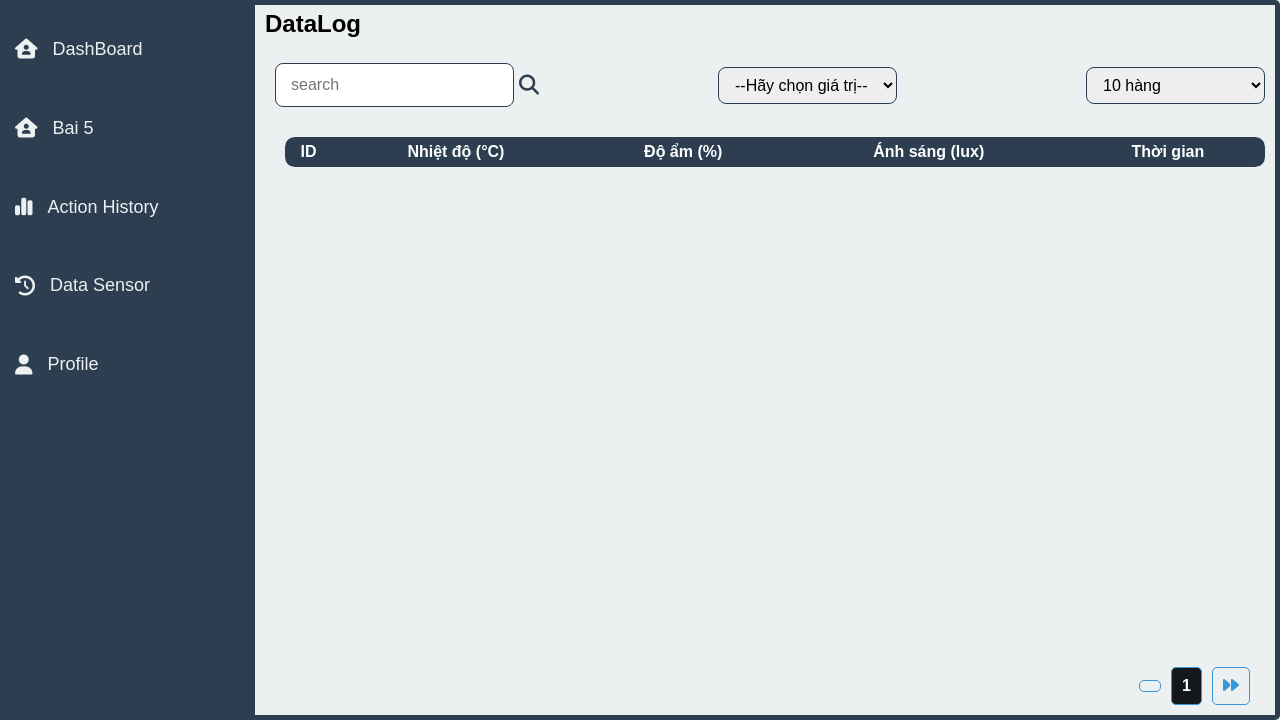
Repository: duongnoob23/duyyyy
Page: /datalogs (app in iot/)
An editor plug-in stored every save of this project. The page is shown before and after the next save, followed by the edit.
The browser window is 1280 px wide. The pictures show the whole page.
The page's requests for data from a server got no answer. Some web libraries are served in a nearby version. The project was rebuilt for these pictures with package versions that can differ from the ones it lists, and the page was loaded fresh each time. No one was signed in, and anything a server would have sent is missing. Also part of the build but not shown: iot/src/App.css, iot/src/Pages/Home/Home.css, iot/src/Components/Doughnut/GaugeChart.js, iot/src/Components/LineChart/LineChartECharts.js, iot/src/Pages/Home/Home.js, iot/src/Pages/Profile/Profile.css, iot/src/Pages/Profile/Profile.js, iot/src/Pages/Action/Action.js and 3 more.

Above is the page before, as saved 2024-12-03 00:04:26.

### iot/public/index.html
<!DOCTYPE html>
<html lang="en">
  <head>
    <meta charset="utf-8" />
    <link rel="icon" href="%PUBLIC_URL%/favicon.ico" />
    <meta name="viewport" content="width=device-width, initial-scale=1" />
    <meta name="theme-color" content="#000000" />
    <meta
      name="description"
      content="Web site created using create-react-app"
    />
    <link rel="apple-touch-icon" href="%PUBLIC_URL%/logo192.png" />
    <!--
      manifest.json provides metadata used when your web app is installed on a
      user's mobile device or desktop. See https://developers.google.com/web/fundamentals/web-app-manifest/
    -->
    <link rel="manifest" href="%PUBLIC_URL%/manifest.json" />
    <!--
      Notice the use of %PUBLIC_URL% in the tags above.
      It will be replaced with the URL of the `public` folder during the build.
      Only files inside the `public` folder can be referenced from the HTML.

      Unlike "/favicon.ico" or "favicon.ico", "%PUBLIC_URL%/favicon.ico" will
      work correctly both with client-side routing and a non-root public URL.
      Learn how to configure a non-root public URL by running `npm run build`.
    -->
    <link rel="stylesheet" href="https://cdnjs.cloudflare.com/ajax/libs/font-awesome/6.6.0/css/all.min.css" integrity="sha512-Kc323vGBEqzTmouAECnVceyQqyqdsSiqLQISBL29aUW4U/M7pSPA/gEUZQqv1cwx4OnYxTxve5UMg5GT6L4JJg==" crossorigin="anonymous" referrerpolicy="no-referrer" />
    <title>React App</title>
    <script src="https://code.highcharts.com/highcharts.js"></script>
  </head>
  <body>
    <noscript>You need to enable JavaScript to run this app.</noscript>
    <div id="root"></div>
    <!--
      This HTML file is a template.
      If you open it directly in the browser, you will see an empty page.

      You can add webfonts, meta tags, or analytics to this file.
      The build step will place the bundled scripts into the <body> tag.

      To begin the development, run `npm start` or `yarn start`.
      To create a production bundle, use `npm run build` or `yarn build`.
    -->
  </body>
</html>

### iot/src/index.js
import React from 'react';
import { DatePicker } from 'antd';
import ReactDOM from 'react-dom/client';
import './index.css';
import App from './App';
import reportWebVitals from './reportWebVitals';
import { BrowserRouter } from 'react-router-dom';


const root = ReactDOM.createRoot(document.getElementById('root'));
root.render(
  // <React.StrictMode>
  <BrowserRouter>
    <App />
  </BrowserRouter>

  // </React.StrictMode>
);


reportWebVitals();

### iot/src/index.css
body {
  margin: 0;
  font-family: -apple-system, BlinkMacSystemFont, 'Segoe UI', 'Roboto', 'Oxygen',
    'Ubuntu', 'Cantarell', 'Fira Sans', 'Droid Sans', 'Helvetica Neue',
    sans-serif;
  -webkit-font-smoothing: antialiased;
  -moz-osx-font-smoothing: grayscale;
}

code {
  font-family: source-code-pro, Menlo, Monaco, Consolas, 'Courier New',
    monospace;
}

*{
  box-sizing: border-box;
  font-family: Arial, Helvetica, sans-serif;
}

html{
  font-size: 62.5%;
}

ul,li{
  list-style-type: none;
  margin: 0;
  padding:0;
}
a{
  text-decoration: none;
}

body{
  margin: 0;
  padding: 0;

}

### iot/src/App.js
// import logo from './logo.svg';
import './App.css';
import Layout from './Components/Layout/Layout';
import { Routes,Route} from 'react-router-dom';
import Home from './Pages/Home/Home';
import DataLogs from './Pages/DataLogs/DataLogs';
import Profile from './Pages/Profile/Profile';
import Action from './Pages/Action/Action';
import Bai5 from './Pages/Bai5/Bai5';
function App() {
  return (
    <>

      <Routes>
          <Route path="/" element = {<Layout/>}>
            <Route path='home' element={<Home/>}/>
            <Route path='bai5' element={<Bai5 />}/>
            <Route path='datalogs' element={<DataLogs/>}/>
            <Route path='profile' element={<Profile/>}/>
            <Route path='action' element={<Action/>}/>
          </Route>
      </Routes>
    </>
  );
}

export default App;

### iot/src/Components/Layout/Layout.js
import './Layout.css'
import { Link, Outlet, } from "react-router-dom";
// import { useState } from "react";

function Layout(){

    return (
        <>

        <div className="dashBoard">
        <div className="sideBar">
            <ul className="sideBar-list">
                <li className="sideBar-item">
                    {/* <a  href="#" className="sideBar-icon">
                        <i className="fa-solid fa-house-user">
                        </i>
                        <span className='sideBar-text'>DashBoard</span>
                    </a> */}
                    <Link className='sideBar-icon' to={"/home"}>
                        <i className="fa-solid fa-house-user">
                        </i>
                        <span className='sideBar-text'>DashBoard</span>
                    </Link>
                </li>
                <li className="sideBar-item">
                    <Link className='sideBar-icon' to={"/bai5"}>
                        <i className="fa-solid fa-house-user">
                        </i>
                        <span className='sideBar-text'>Bai 5</span>
                    </Link>
                </li>
                <li className="sideBar-item">
                <Link  className="sideBar-icon" to={"/action"}>
                    <i className="fa-solid fa-chart-simple"></i>
                        <span className='sideBar-text'>Action History</span>
                    </Link>
                </li>
                <li className="sideBar-item">
                    <Link className="sideBar-icon" to={"/datalogs"} >
                    <i className="fa-solid fa-clock-rotate-left"></i>
                        <span className='sideBar-text'> Data Sensor</span>
                    </Link>
                </li>
                <li className="sideBar-item">

                    <Link className="sideBar-icon" to={"/profile"}>
                        <i className="fa-solid fa-user"></i>
                        <span className='sideBar-text'>Profile</span>
                    </Link>
                </li>
            </ul>
        </div>
        <div className="sideMain">
            <Outlet/>
        </div>
    </div>
        </>
    )
}

export default Layout;

### iot/src/Pages/DataLogs/DataLogs.js
import './DataLogs.css';
import { useState,useEffect,useRef } from 'react';
import { URL } from '../../Components/Helper/URL';

function DataLogs(){


    // const [dataLog,setDataLog] = useState([]);
    const [data,setData] = useState([]);      // data in ra trong bảng
    const [selectKey,setSelectKey] = useState('');      // giá trị người dùng chọn
    const [selectInput,setSelectInput] = useState("");  // giá trị của ô input
    const [selectRow,setSelectRow] = useState(10);
    const [totalPage,setTotalPage] = useState(0);
    console.log(data);
    const inputRef = useRef(null);                      // input nhập giá trị
    const [params,setParams] = useState({
        searchKey:"",
        searchValue:"",
        page:1,
        limit:10,
        sortKey:"",
        sortValue:"",
    })
    const [api,setApi] = useState(URL+`/function?searchKey=${params.searchKey}&searchValue=${params.searchValue}&page=${params.page}&limit=${params.limit}`);


    const fetchApi = (link) =>{
        fetch(link)
        .then(res => res.json())
        .then(data => {
            // console.log(data);
            setData(data.results);
            // setDataBackUp(data.results);
            data.totalPages && setTotalPage(data.totalPages);
        });
    }
// ?page=${params.page}&limit=${params.limit}
    useEffect(()=>{
        fetchApi(api);
    },[]);

    // const interval = setInterval( () =>{
    // }, 1000);
    // return () => clearInterval(interval);
// mình đang muốn là 1 đường dẫn sử dụng chung cho toàn bộ các yêu cầu

    const handleChangeSelectKey = (e) =>{
        console.log(e.target.value);
        setSelectKey(e.target.value); // lưu lựa chọn đơn vị
    }
    const handleChangeSelectInput = (e) =>{
        console.log(e.target.value);

        setSelectInput(e.target.value) // lưu giá trị ô input search vào
    }
    const handleChangeSelectRow = (e)=>{
        console.log(e.target.value);
        setSelectRow(e.target.value);
        setParams({
            ...params,
            limit:e.target.value,
        });
    }
    const handleNextPage = (e) =>{
        setParams({
            ...params,
            page:params.page + 1,
        });
    }
    const handlePrePage = (e) =>{
        setParams({
            ...params,
            page:params.page - 1,
        });
    }
    const handleClickSearch =(e) =>{
        // console.log("click");
        if(!selectKey || !selectInput){
            setParams({
                ...params,
                searchKey:"",
                searchValue:"",
                page:1,
                limit:10,
                sortKey:"",
                sortValue:"",
                startTime:"",
                endTime:"",
            });

        }
        // console.log("search");
        if(selectKey !== ""){
            setParams({
                ...params,
                searchKey:selectKey,
                searchValue:selectInput,
                page:1,
            });
            inputRef.current.value="";
            inputRef.current.focus();
            setSelectInput("");
            setSelectKey("");
            // console.log("1");
        }

        // if(selectKey === "time"){
        //     // console.log("1");
        //     setParams({
        //         ...params,
        //         startTime:start,
        //         endTime:end,
        //         page:1,
        //     });
        //     setSelectInput("");
        //     setSelectKey("");
        //     inputRef1.current.value="";
        //     inputRef2.current.value="";
        // }
    }

    const handleClickSort = (sortKey) =>{
       let sortValue = 'asc';

        if(params.sortKey === sortKey && params.sortValue==='asc'){
            sortValue='desc';
        }else if(params.sortKey === sortKey && params.sortValue ==='desc'){
            sortValue="";
            sortKey="";
        }


       setParams({
        ...params,
        sortKey:sortKey,
        sortValue:sortValue,
        page:1,
        });


    }

    useEffect(() => {
        // console.log(params);
        // console.log("3");
        if ( (params.searchKey && params.searchValue) || params.limit || params.page || params.sortValue || (params.startTime && params.endTime)) {
            // console.log("4");
            // console.log(params.searchKey);
            // console.log(params.searchValue);
            console.log(api);
            fetch(api)
            .then(res => res.json())
            .then(data1 => {
                if(data1){
                    console.log(data1);
                    setData(data1.results);
                    setTotalPage(data1.totalPages);
                }
            });
        }

    },[api]);


    useEffect(()=>{
        // console.log("2");
        setApi(URL+`/function?searchKey=${params.searchKey}&searchValue=${params.searchValue}&page=${params.page}&limit=${params.limit}&sortKey=${params.sortKey}&sortValue=${params.sortValue}`);
    },[params]);
// &sortKey=${params.sortKey}&sortValue=${params.sortValue}

    return(
        <>
            <div className='action'>
                <h2 className="action-title" >
                   DataLog
                </h2>
                <div className="option">
                    <div className="search">
                        <input ref={inputRef} type="text" placeholder="search" className="search__input" onChange={handleChangeSelectInput}></input>
                        <i class="fa-solid fa-magnifying-glass search__icon" onClick={handleClickSearch} ></i>
                    </div>
                    <div className="select">
                        <select value ={selectKey} className="select__list" onChange={handleChangeSelectKey} >
                            <option  className="select__option1" value={'temperature'}>Temperature</option>
                            <option  className="select__option2" value={'humidity'}>Humidity</option>
                            <option className="select__option3" value={'light'}>Light</option>
                            <option className="select__option4" value={'time'}>Time</option>

                            <option className="select__option6" value="" hidden>--Hãy chọn giá trị--</option>
                        </select>
                    </div>
                    <div className="select2">
                        <select value ={selectRow} className="select__list" onChange={handleChangeSelectRow}  >
                            <option  className="select2__option1" value={10}>10 hàng</option>
                            <option  className="select2__option2" value={20}>20 hàng</option>
                            <option className="select2__option3" value={30}>30 hàng</option>
                            <option className="select2__option4" value="" hidden>--Hãy chọn giá trị--</option>
                        </select>
                    </div>
                </div>

                <div className='table__container'>
                    <table className="table">
                        <thead className = "table__head">
                            <tr className="table-row__head">
                                <th classname="table__id table-row__item" onClick={() => handleClickSort("id")}>ID</th>
                                <th className="table__temperature table-row__item" onClick={() => handleClickSort("temperature")}>Nhiệt độ (°C)</th>
                                <th className="table__humidity table-row__item" onClick={() => handleClickSort("humidity")}>Độ ẩm (%)</th>
                                <th className="table__light table-row__item" onClick={() => handleClickSort("light")}>Ánh sáng (lux)</th>
                                {/* <th className="table__time table-row__item" onClick={() => handleClickSort("windspeed")}>Tốc độ gió</th> */}
                                <th className="table__time table-row__item" onClick={() => handleClickSort("time")}>Thời gian</th>
                            </tr>
                        </thead>
                        <tbody className="table__body">
                            {data && data.map((item) => (
                                <tr className="table-row__body" key={item._id}>
                                    <td>{item.stt}</td>
                                    <td>{item.temperature}</td>
                                    <td>{item.humidity}</td>
                                    <td>{item.light}</td>
                                    {/* <td>{item.windspeed}</td> */}
                                    <td>{item.time}</td>
                                </tr>

                            ))}
                        </tbody>
                    </table>
                </div>

                <div className='pagination'>
                    <ul className='pagi__list'>
                        <li className='pagi__pre pagi__item' onClick={handlePrePage}>
                        {totalPage === 1 ? "" :
                            <>
                                { params.page === 1 ? "" :
                                <>
                                <i class="fa-solid fa-backward"></i>
                                </>
                                }
                            </>
                            }
                        </li>
                        <li className='pagi__cur pagi__item'>{params.page}</li>
                        <li className='pagi__next pagi__item' onClick={handleNextPage}>
                            {totalPage === 1  ? "" :
                            <>
                                { params.page === totalPage ? "" :
                                <>
                                <i class="fa-solid fa-forward"></i>
                                </>
                                }
                            </>
                            }

                        </li>
                    </ul>
                </div>
            </div>
        </>
    )
};

export default DataLogs;

### iot/src/Components/Layout/Layout.css


/* Reset default padding and margins */
* {
    margin: 0;
    padding: 0;
    box-sizing: border-box;
}

/* DashBoard container */
.dashBoard {
    display: flex;
    height : 100vh;
    font-family: 'Roboto', sans-serif;
}

/* SideBar styling */
.sideBar {
    width: 250px;
    background-color: #2c3e50;
    padding: 20px 0;
    position: fixed;
    height: 100%;
    transition: all 0.3s ease;
}

.sideBar-list {
    list-style: none;
    padding-left: 0;
}

.sideBar-item {
    margin-bottom: 20px;
}

.sideBar-icon {
    display: flex;
    align-items: center;
    padding: 15px;
    color: #ecf0f1;
    text-decoration: none;
    transition: background 0.3s ease, color 0.3s ease;
}

.sideBar-icon i {
    margin-right: 15px;
    font-size: 20px;
}

/* Hover effect for sidebar items */
.sideBar-icon:hover {
    background-color: #34495e;
    color: #1abc9c;
    cursor: pointer;
    padding-left: 25px; /* Add a slide effect */
    transition: all 0.3s ease;
}

.sideBar-text {
    font-size: 18px;
}

/* Active link effect */
.sideBar-icon.active {
    background-color: #1abc9c;
    color: #fff;
    border-radius: 8px;
    transition: all 0.3s ease;
}

/* SideMain styling */
.sideMain {
    margin-left: 250px;
    background-color: #ecf0f1;
    flex-grow: 1;
}

/* Responsive Design */
@media screen and (max-width: 768px) {
    .sideBar {
        width: 200px;
    }

    .sideBar-icon {
        padding: 10px;
    }

    .sideMain {
        margin-left: 200px;
        padding: 20px;
    }
}

@media screen and (max-width: 576px) {
    .sideBar {
        width: 60px;
    }

    .sideBar-icon i {
        margin-right: 0;
        text-align: center;
        flex: 1;
    }

    .sideBar-text {
        display: none;
    }

    .sideMain {
        margin-left: 60px;
        padding: 10px;
    }
}

### iot/src/Components/Helper/URL.js
export const URL = "http://localhost:3001";

### iot/src/Pages/DataLogs/DataLogs.css
*{
    box-sizing: border-box;
}
.table {
    width: 90%;
    border-collapse: collapse;
    margin: 10px;
    border-radius:10px;
    overflow: hidden;
}

.data{
    border:5px solid #2c3e50;
    border-radius: 0 5px 5px 0;
    height: 100%;
}

.table__body{
    border-radius: 10px;
    border: 2px solid #2c3e50;
}

.table__head{
    border: 2px solid #2c3e50;
}
th, td {
    padding: 5px;
    text-align: center;
    border-bottom: 1px solid #ddd;
}
th {
    background-color: #2c3e50;
    color: white;
}

.table-row__body{
    transition: all 0.1s linear;

}
.table-row__body:nth-child(even){
    background-color: #eee;

}
.table-row__body:hover{
    background-color: #2c3e50;
    color: #F4C427;

}

.table-row__body:active{
    background-color: #2c3e50;
    color: #F4C427;
}
.data__title{
    margin-left: 10px;
    font-size: 20px;
    font-weight: bold;
}

.data__sort{
    margin-left: 10px;
    font-size: 15px;
    font-weight: bold;
    margin-bottom: 10px;

}

.data__in{
    border-radius: 10px;
    border: 2px solid #7A40F2;
    margin: 10px;
}

### iot/src/Pages/Action/Action.css
* {
    box-sizing: border-box;
    font-family: 'Arial', sans-serif; /* Change this to your preferred font */
    font-size: 16px; /* Default font size */
    line-height: 1.6; /* Controls line spacing */
}


.action {
    border: 5px solid #2c3e50;
    border-radius: 0 5px 5px 0;
    height: 100vh; /* Full viewport height */
    display: flex;
    flex-direction: column;
    justify-content: space-between; /* Distribute space evenly */
}

.action-title {
    margin-left: 10px;
    font-size: 24px;
    font-weight: bold;
    margin-bottom: 20px;
}

.option {
    display: flex;
    align-items: center;
    margin-bottom: 20px;
}

.search {
    margin-left: 20px;
    display: flex;
    align-items: center;
}

.search__input {
    padding: 8px 15px;
    border-radius: 8px;
    outline: none;
    border: 1px solid #2c3e50;
    margin-right: 5px;
    font-size: 16px;
}

.search__icon {
    cursor: pointer;
    font-size: 20px;
    color: #2c3e50;
}

.select, .select2 {
    margin-left: auto;
    padding: 0 10px;
}

.select__list {
    padding: 8px 12px;
    border-radius: 8px;
    border: 1px solid #2c3e50;
    outline: none;
    font-size: 16px;
}

/* Table container to control overflow */
.table__container {
    flex-grow: 1;
    /* overflow-y: auto; */
    border-radius: 10px;
    margin: 0 20px;
    padding-bottom: 20px;
}

.table {
    width: 100%;
    border-collapse: collapse;
}

.table__head {
    background-color: #2c3e50;
    color: white;
    border-radius: 10px 10px 0 0;
}

.table-row__head th, .table-row__body td {
    padding: 0px;
    text-align: center;
}

.table-row__body:nth-child(even) {
    background-color: #f7f7f7;
}

.table-row__body:hover {
    background-color: #2c3e50;
    color: #F4C427;
}

/* Maintain height to ensure 10 rows fill the page */
.table-row__body {
    height: 40px; /* Adjust this based on design preferences */
    transition: background-color 0.3s;
}

.table__body {
    border-radius: 0 0 10px 10px;
}

.pagination {
    margin-right: 20px;
    padding: 10px 0;
    text-align: right;
}

.pagi__list {
    display: flex;
    justify-content: flex-end;
    align-items: center;
    font-size: 16px;
}

.pagi__item {
    margin: 0 5px;
    cursor: pointer;
    padding: 5px 10px;
    border: 1px solid #3498db;
    border-radius: 5px;
    transition: background-color 0.3s;
}
.pagi__next{
    margin-left: 5px;
}
.pagi__pre{
    margin-right: 5px;
}
.pagi__next, .pagi__pre {
    color: #3498db;
    cursor: pointer;
}

.pagi__cur {
    font-weight: bold;
    color: #fff;
    background-color: #15181b;
    border-radius: 5px;
    padding: 5px 10px;
}

/* Ensure last row visibility */
.table__container::-webkit-scrollbar {
    width: 6px;
}

.table__container::-webkit-scrollbar-thumb {
    background-color: #121518;
    border-radius: 10px;
}

Loaded but not shown: iot/src/reportWebVitals.js (common file)

After the next save:
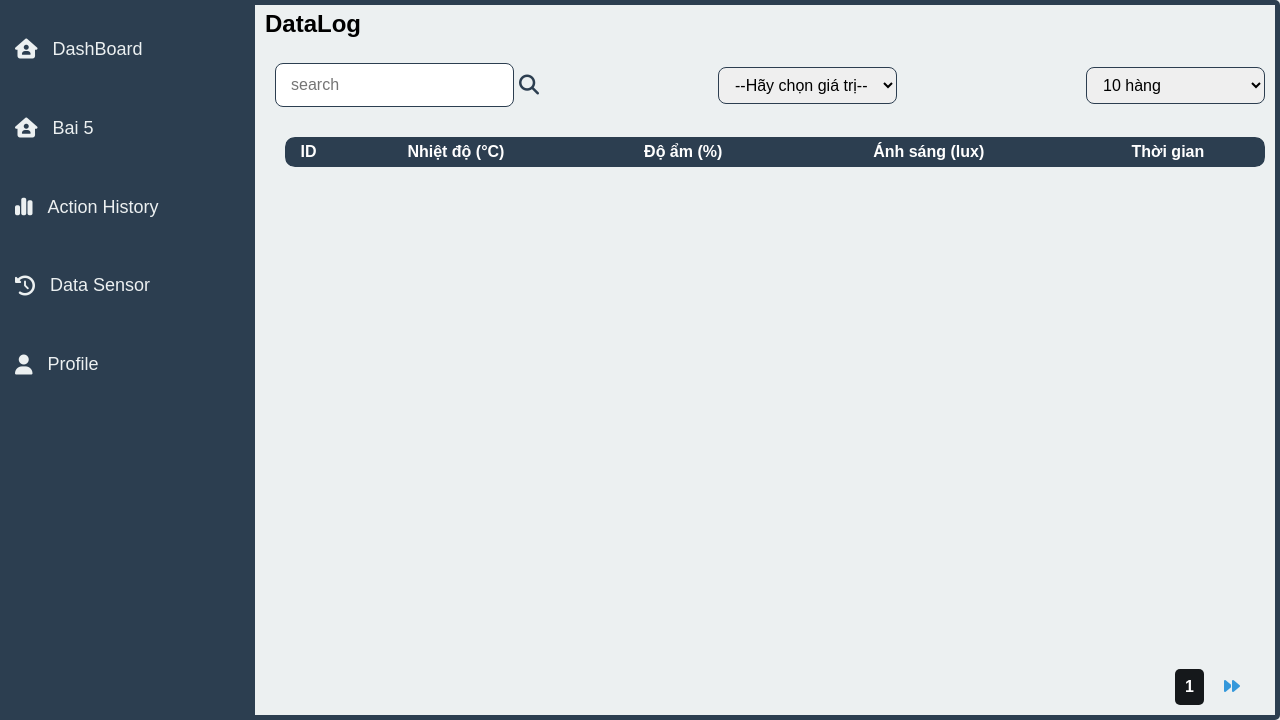
Saved 38 s later.
--- a/iot/src/Pages/Action/Action.css
+++ b/iot/src/Pages/Action/Action.css
@@ -123,7 +123,7 @@
     margin: 0 5px;
     cursor: pointer;
     padding: 5px 10px;
-    border: 1px solid #3498db;
+    /* border: 1px solid #3498db; */
     border-radius: 5px;
     transition: background-color 0.3s;
 }
